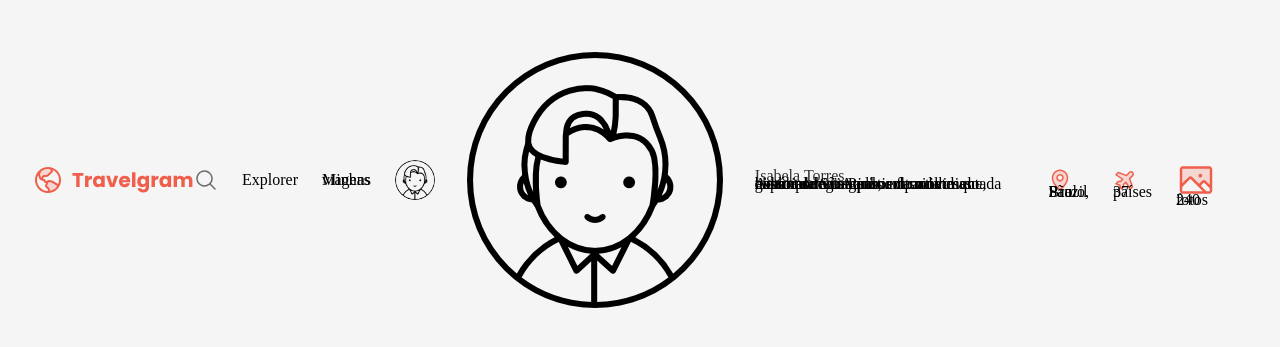
Repository: JeffRodFer/projeto-Travelgran-Rockeseat
Page: index.html
These files come from the project's save history. The page is drawn as it stood at one moment and after the next save; the edit follows.
The browser window is 1280 px wide. The pictures show the whole page.

Above is the page before, as saved 2025-03-22 15:37:11.

After the next save:
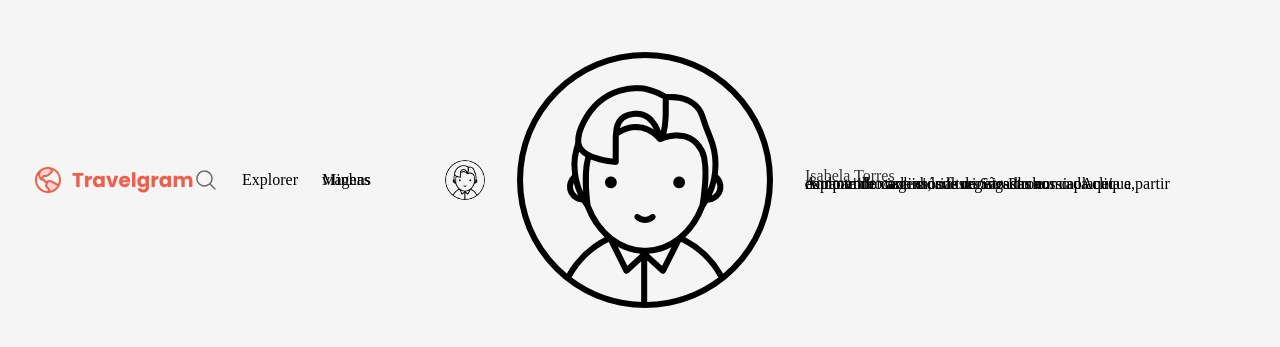
Saved 80 s later.
--- a/index.html
+++ b/index.html
@@ -45,18 +45,7 @@
                                 </div>
                             <div id="info">
                                <ul>
-                                <li>
-                                    <img src="assets/icons/MapPin.svg" alt="ícone de mapa">
-                                    <span>São Paulo, Brazil</span>
-                                </li>
-                                <li>
-                                    <img src="assets/icons/AirplaneTilt.svg" alt="ícone de avião">
-                                    <span>37 países</span>
-                                </li>
-                                <li>
-                                    <img src="assets/icons/Image.svg" alt="ícone de fotos">
-                                    <span>240 fotos</span>
-                                </li>
+
                                </ul>
 
                             </div>

After the save that followed:
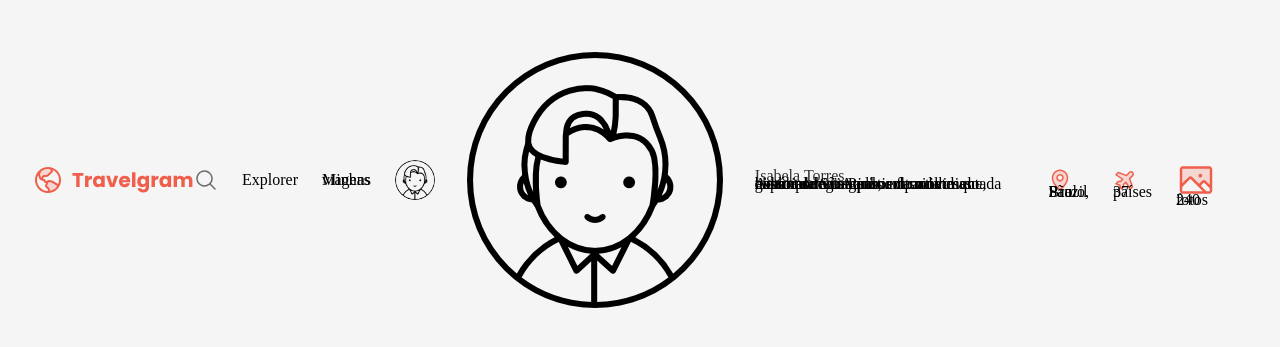
Saved 5 s later.
--- a/index.html
+++ b/index.html
@@ -45,7 +45,18 @@
                                 </div>
                             <div id="info">
                                <ul>
-
+                                <li>
+                                    <img src="assets/icons/MapPin.svg" alt="ícone de mapa">
+                                    <span>São Paulo, Brazil</span>
+                                </li>
+                                <li>
+                                    <img src="assets/icons/AirplaneTilt.svg" alt="ícone de avião">
+                                    <span>37 países</span>
+                                </li>
+                                <li>
+                                    <img src="assets/icons/Image.svg" alt="ícone de fotos">
+                                    <span>240 fotos</span>
+                                </li>
                                </ul>
 
                             </div>
